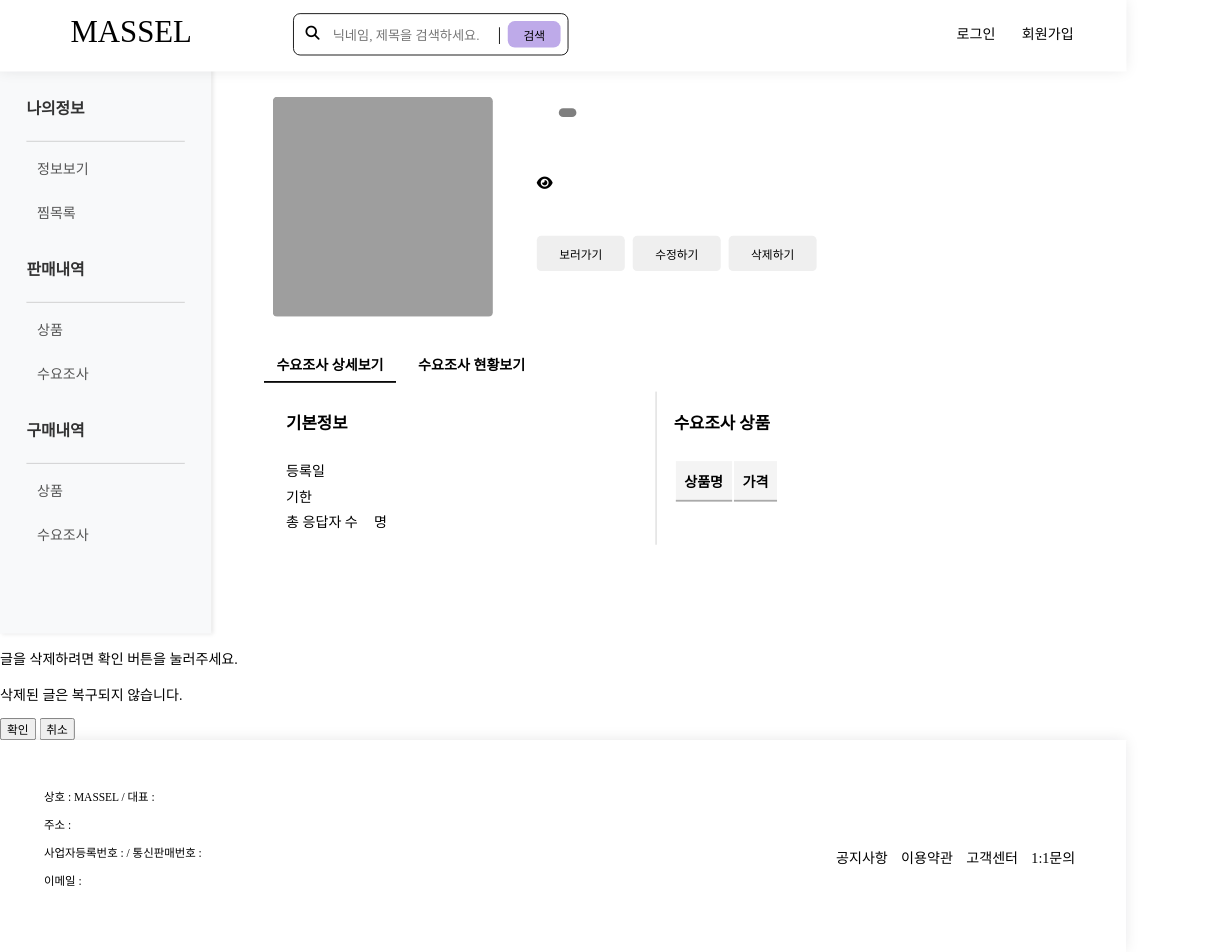
Repository: mmyyt/MASSEL
Page: http://localhost/MASSEL/WEB-INF/views/demandsurvey/dsFormDetail.jsp
The author's editor kept a copy of each file at every save. The page is drawn from the files as they stood at one save, then again after the next save.
The browser window is 1280 px wide. The page is 1400 px wide, so the pictures cover 1400 px, including what lies to the right of the window. The pictures show the whole page, at 88% of full size.
Pictures or frames that could not be fetched are drawn as grey boxes. Some web fonts or font styles are not loaded; a fallback is used. Some web libraries are served in a nearby version. The page is served by Tomcat 9. Nobody is signed in. Other server files are loaded and not shown. The template is opened directly, without the code that normally fills it, so the values that code supplies are empty.

Above is the page before, as saved 2024-11-20 12:22:01.

### MASSEL/src/main/webapp/WEB-INF/views/demandsurvey/dsFormDetail.jsp
<%@ page language="java" contentType="text/html; charset=UTF-8"
    pageEncoding="UTF-8"%>
<%@ taglib uri="http://java.sun.com/jsp/jstl/core" prefix="c"%>
<%@ taglib uri="http://java.sun.com/jsp/jstl/functions" prefix="fn"%>
<!DOCTYPE html>
<html>
<head>
<meta charset="UTF-8">
<title>Insert title here</title>
<link rel="stylesheet" type="text/css" href="/resources/css/dsFormDetail.css">
<script src="https://kit.fontawesome.com/4facc1d037.js" crossorigin="anonymous"></script>
<script src="https://code.jquery.com/jquery-3.6.0.min.js"></script>
</head>
<body>

<jsp:include page="../layout/header.jsp"></jsp:include>

<div class="wrapper">


    <div class="sideBar">
        <div class="sideBarContent">
            <div class="myInfo">
                <div class="myInfoTop">
                    <p class="myInfoText">나의정보</p>
                </div>
                <ul>
                    <li><a href="/member/info">정보보기</a></li>
                    <li><a href="/salePath/favoriteList">찜목록</a></li>
                </ul>
            </div>

            <div class="seller">
                <div class="sellerTop">
                    <p class="sellerText">판매내역</p>
                </div>
                <ul>
                    <li><a href="/member/sellerForm">상품</a></li>
                    <li><a href="/member/sellerDemandForm">수요조사</a></li>
                </ul>
            </div>

            <div class="buyer">
                <div class="buyerTop">
                    <p class="buyerText">구매내역</p>
                </div>
                <ul>
                    <li><a href="/member/userSaleForm">상품</a></li>
                    <li><a href="/member/userDemandForm">수요조사</a></li>
                </ul>
            </div>
        </div>
    </div><!--sidebar끝  -->


    <div class="content">
        <div class="centerBox">


            	<div class="topBox"> <!-- 썸네일, 제목, 기간, 현재상태, 수정/삭제/보러가기 버튼   -->

            		<div class="thumbnail"> <!--썸네일  -->
            			<img alt="사진없음" class="dsimg"
			src="/upload/demandSurveyImg/${fn: replace(data.dsivo.saveDir, '\\','/')}/${data.dsivo.uuid }_${data.dsivo.fileName}">
            		</div>  <!--썸네일  -->

            		<div class="rightDiv"> <!-- 제목, 기간, 상태, 버튼 -->

            			<div class="state">
            				<div class="statusDiv">
								<c:choose>
									<c:when test="${data.dsvo.status == 'before' }">
										시작전
									</c:when>
									<c:when test="${data.dsvo.status == 'ongoing' }">
										진행중
									</c:when>
									<c:when test="${data.dsvo.status == 'ended' }">
										종료됨
									</c:when>
								</c:choose>
            				</div>
            			</div>
            			<div class="title">${data.dsvo.dtitle }</div>
            			<div class="date">${data.dsvo.fullDate }</div>

            			<div class="count">
            				<div class="viewCount">
            				<i class="fa-solid fa-eye"></i>
            					${data.dsvo.dviewCount}
            				</div>
            			</div>

            			<div class="btnWrapper">
            				<a href="/demandSurvey/detail?dno=${data.dsvo.dno}"><button>보러가기</button></a>
            				<a href="/demandSurvey/edit?dno=${data.dsvo.dno }"><button>수정하기</button></a>
            				<button onclick="openDeleteModal()">삭제하기</button>
            			</div>

            		</div>  <!-- rightDiv -->


            	</div> <!--topbox  -->


            	<div class="bottomBox">  <!-- bottomBox -->

            		<div class="bottomBoxContent">

            			<div class="contentBtn">
            				<button class="detailBtn underline">수요조사 상세보기</button>
							<button class="participantBtn">수요조사 현황보기</button>
						</div>

            			<div class="detailDiv"> <!-- 상세정보  -->

            				<div class="detailContent">

            					<div class="detailContentArea">
            						<div> <!-- 기본정보영역 -->
		            				<div class="titleText">기본정보</div>

            						<ul class="info-list">
            							<li>등록일</li>
            							<li>${data.dsvo.dregDate }</li>
            						</ul>
            						<ul class="info-list">
            							<li>기한</li>
            							<li>${data.dsvo.fullDate }</li>
            						</ul>
            						<ul class="info-list">
            							<li>총 응답자 수</li>
            							<li>${data.participationCount } 명</li>
            						</ul>
            						</div>

            						<div class="saleContentArea"> <!--판매상품영역  -->
            							<div class="titleText">수요조사 상품</div>

            							<table>
            								<thead>
            									<tr>
            										<th>상품명</th>
            										<th>가격</th>

            									</tr>
            								</thead>
            								<tbody>
          										<c:forEach items="${data.dspvo}" var="product">
            										<tr>
            											<td>${product.dpname }</td>
            											<td>${product.dpprice }</td>
            										</tr>
            									</c:forEach>

            								</tbody>

            							</table>

            						</div>
            					</div>

            				</div> <!--detailContent끝  -->

            			</div> <!--상세정보끝  -->

            			<div class="participationForm hidden"> <!--참여정보  -->

            				<div>
            					<c:choose>
            						<c:when test="${empty dsppvo }">
            							참여자가 없습니다.
            						</c:when>
            						<c:otherwise>
            					<table>
            						<thead>
            							<tr>
            								<th>아이디</th>
											<th>닉네임</th>
											<th>참여날짜</th>
											<th>상품/수량</th>
											<th>이메일</th>
            							</tr>
            						</thead>
            						<tbody>
            				<c:set var="currentId" value=""/>
       											 <c:forEach items="${dsppvo}" var="participant">

           											 <c:if test="${currentId != participant.id}">
                										<tr>
                    										<td>${participant.id}</td>
                  											<td>${participant.nickname }</td>
                 									   		<td>${participant.participationDate}</td>
                    										<td>
                        										<c:forEach items="${dsppvo}" var="p">
                            										<c:if test="${p.id == participant.id}">
                                										${p.dpname} / ${p.count} 개 <br/>
                            										</c:if>
                        										</c:forEach>
                    										</td>
                    										<td>${participant.email }</td>

                    									<tr>
                							<c:set var="currentId" value="${participant.id}"/>
            										</c:if>
       											</c:forEach>
            						</tbody>
            					</table>
            					</c:otherwise>
            				</c:choose>
            				</div>

            			</div> <!--참여 정보 끝  -->



            		</div>  <!--bottomBoxContent  -->

            	</div>  <!--bottomBox  -->



        </div>  <!-- contentBox  -->
    </div>  <!-- content -->


</div><!--wrapper끝  -->


<div class="deleteModal-overlay" id="deleteModal">
    <div class="deleteModal">

        <div class="deleteModal-body">
            <p>글을 삭제하려면 확인 버튼을 눌러주세요.</p>
            <p>삭제된 글은 복구되지 않습니다.</p>
        </div>
        <div class="deleteModal-footer">
            <a href="/demandSurvey/delete?dno=${data.dsvo.dno }"><button class="deleteModal-btn deleteModal-confirm-btn" id="confirmDelete">확인</button></a>
            <button class="deleteModal-btn deleteModal-cancel-btn" id="cancelDelete" onclick="closeDeleteModal()">취소</button>
        </div>
    </div>
</div>

<jsp:include page="../layout/footer.jsp"></jsp:include>
<script type="text/javascript" src="/resources/js/dsFormDetail.js"></script>

</body>
</html>

### MASSEL/src/main/webapp/WEB-INF/views/layout/header.jsp
<%@ page language="java" contentType="text/html; charset=UTF-8"
    pageEncoding="UTF-8"%>
<%@ taglib uri="http://java.sun.com/jsp/jstl/core" prefix="c"%>
<%@ taglib uri="http://java.sun.com/jsp/jstl/functions" prefix="fn"%>
<!DOCTYPE html>
<html>
<head>
<meta charset="UTF-8">
<title>Insert title here</title>
<script src="https://code.jquery.com/jquery-3.6.0.min.js"></script>
 <script src="https://cdnjs.cloudflare.com/ajax/libs/sockjs-client/1.4.0/sockjs.min.js"></script>
 <script src="https://cdnjs.cloudflare.com/ajax/libs/stomp.js/2.3.3/stomp.min.js"></script>
<script src="https://kit.fontawesome.com/4facc1d037.js" crossorigin="anonymous"></script>
</head>
<link rel="stylesheet" type="text/css" href="/resources/css/layout.css">

<body>

<nav class="navBar">

	<div class="navWrapper">

		<div class="logo">
			<a href="/">MASSEL</a>
		</div>


		<div class="searchDiv">
			<div class="search">

					<i class="fas fa-regular fa-magnifying-glass"></i>
					<form action="/salePath/search" method="get">
						<input type="text" class="searchInput" placeholder="닉네임, 제목을 검색하세요."
						name = keyword>
						<button type="submit" class="header-searchBtn" onclick="searchReturn(event)">검색</button>
					</form>
			</div>
		</div>


		<c:choose>
			<c:when test="${ses.uvo.id eq null}">
				<div class="nauth-user">
					<a href="/member/login"><button>로그인</button></a>
					<a href="/member/signUp"><button>회원가입</button></a>
				</div>
			</c:when>
			<c:otherwise>

				<div class="yauth-user">

					<div class="header-userInfo">
						<div class="header-userImg" onclick="toggleMenu()">
							<c:choose>
								<c:when test="${not empty ses.uivo }">
									<img alt="없음" class="userProfileImg"
									src="/upload/userImg/${fn: replace(ses.uivo.saveDir, '\\','/')}/${ses.uivo.uuid }_${ses.uivo.fileName}">
								</c:when>
								<c:otherwise>
									<img class="userProfileImg" src="/resources/img/defaultUserImg.png" alt="">
								</c:otherwise>
							</c:choose>

						</div>
						<div class="header-userNickname" onclick="toggleMenu()">
							${ses.uvo.nickname }
						</div>
						<div class="dropdown-menu">
							<div>
								<div class="dropdown-info">나의 정보</div>
								<a href="/member/info">
									<span><i class="fas fa-light fa-user"></i></span>
									정보보기
								</a>
								<a href="/salePath/favoriteList">
									<span><i class="fa-regular fa-face-grin-hearts"></i></span>
									찜목록
								</a>
							</div>
							<hr>
							<div>
								<div class="dropdown-sale">판매 보기</div>
								<a href="/member/sellerForm">
									<span><i class="fa-solid fa-shop"></i></span>
									상품 판매
								</a>
								<a href="/member/sellerDemandForm">
									<span><i class="fas fa-regular fa-clipboard-list"></i></span>
									수요조사 진행
								</a>
							</div>
							<hr>
							<div>
								<div class="dropdown-buy">구매 보기</div>
								<a href="/member/userSaleForm">
									<span><i class="fas fa-regular fa-basket-shopping"></i></span>
									상품 구매
								</a>
								<a href="/member/userDemandForm">
									<span><i class="fa-regular fa-pen-to-square"></i></span>
									수요조사 참여
								</a>
							</div>
							<hr>
								<a href="/member/logout">
									<span><i class="fas fa-regular fa-arrow-right-from-bracket"></i></span>
									로그아웃
								</a>

    					</div>
					</div>

						<div class="user-icon">
							<div class="bellDiv"><i class="fa-regular fa-bell" id="bell"></i></div>
							<div class="chatDiv" onclick="chatPopUp()">
								<i class="fa-regular fa-comments" id="chat"></i>
								<span class="chat-dot" id="chat-dot"></span>
							</div>
						</div>



					<div class="header-registerBtn">
						<div><button onclick="toggleMenu2()">등록하기</button></div>
						<div class="register-dropdown">
							<div>
								<div>
									<a href="/salePath/saleRegister">상품 판매 등록</a>
								</div>
								<div>
									<a href="/demandSurvey/register">수요조사 등록</a>
								</div>
							</div>

						</div>
					</div>


					<c:if test="${ses.uvo.role eq 'admin' }">
					<div class="header-adminBtn">
						<div><button onclick="toggleMenu3()">관리자메뉴</button></div>
						<div class="admin-dropdown">
							<div>
								<div>
									<a href="/member/defaultRegister">파일등록</a>
								</div>
							</div>
						</div>

					</div>
					</c:if>


				</div>

			</c:otherwise>

		</c:choose>


	</div>



</nav>


<script type="text/javascript" src="/resources/js/header.js"></script>
<script type="text/javascript">
	let sessionId = "${ses.uvo.id}";

    function toggleMenu() {
        const menu = document.querySelector('.dropdown-menu');
        menu.style.display = menu.style.display === 'block' ? 'none' : 'block';
    }

    function toggleMenu2() {
        const menu2 = document.querySelector('.register-dropdown');
        menu2.style.display = menu2.style.display === 'block' ? 'none' : 'block';
    }

    function toggleMenu3() {
        const menu3 = document.querySelector('.admin-dropdown');
        menu3.style.display = menu3.style.display === 'block' ? 'none' : 'block';
    }
</script>
</body>
</html>

### MASSEL/src/main/webapp/WEB-INF/views/layout/footer.jsp
<%@ page language="java" contentType="text/html; charset=UTF-8"
    pageEncoding="UTF-8"%>
<%@ taglib uri="http://java.sun.com/jsp/jstl/core" prefix="c"%>
<!DOCTYPE html>
<html>
<head>
<meta charset="UTF-8">
<title>Insert title here</title>
<link rel="stylesheet" type="text/css" href="<c:url value='/resources/css/layout.css'/>">
</head>
<body>

<div class="footer">

		<div class="footerContentCover">
			<div class="footerContentDIv">
				<div class="footerContent">
				 	<p>상호 : MASSEL / 대표 : </p>
					<p>주소 : </p>
					<p>사업자등록번호 :  / 통신판매번호 : <p>
					<p>이메일 :  </p>
				</div>
			</div>
			<div class="footerLogoDiv">
				<div class="footerLogoDivContent">

				</div>
			</div>

			<div class="footerSideDiv">
				<div class="footerSideDivContent">
					<div><a href="/">공지사항</a></div>
					<div><a href="/">이용약관</a></div>
					<div><a href="/">고객센터</a></div>
					<div><a href="/">1:1문의</a></div>
				</div>
			</div>

		</div>

</div>
</body>
</html>

### MASSEL/src/main/webapp/resources/css/dsFormDetail.css
@charset "UTF-8";

body, html {
    margin: 0;
    padding: 0;
    height: 100%;
    font-family: Arial, sans-serif;
}

li{
	list-style: none;
}

.wrapper {
    display: flex;
    min-height: 100vh;
}

.sideBar {
    width: 200px;
    background-color: #f8f9fa;
    padding: 20px;
    box-shadow: 2px 0 5px rgba(0, 0, 0, 0.1);
    position: fixed;
    left: 0;
    top: 0;
    bottom: 0;
    overflow-y: auto;
    padding-top: 80px;
    font-family: Arial, sans-serif;
}


.sideBarContent {
    padding: 10px;
}


.sideBarContent > div {
    margin-bottom: 30px;
}


.myInfoTop, .sellerTop, .buyerTop {
    font-size: 18px;
    font-weight: bold;
    color: #333;
    border-bottom: 1px solid #ccc;
    padding-bottom: 8px;
    margin-bottom: 10px;
}


.sideBarContent ul {
    list-style-type: none;
    padding: 0;
    margin: 0;
}

.sideBarContent ul li {
    margin: 10px 0;
}


.sideBarContent ul li a {
    color: #555;
    text-decoration: none;
    font-size: 16px;
    display: block;
    padding: 8px 12px;
    border-radius: 6px;
    transition: background-color 0.3s, color 0.3s;
}

.sideBarContent ul li a:hover {
    background-color: #beaae9;

    color: white;
    font-weight: bold;
}


.sideBarContent ul li a.active {
    background-color: #0056b3;
    color: white;
    font-weight: bold;
}

.content {

    width: 100%;
    flex: 1;
    margin-left: 220px;
    padding: 20px;
    display: flex;
    justify-content: center;
    align-items: flex-start;
    min-height: 600px;
    position: relative;
    margin-top: 80px;

}

.centerBox {
    width: 900px;
    background-color: white;
}

/*썸네일*/
.thumbnail img{
	width: 250px;
	height: 250px;
	object-fit: cover;
	border-radius: 5px;
}

.topBox{
	margin-top: 10px;
	margin-left: 10px;
	display: flex;
}

/*제목,기간,상태,버튼*/
.rightDiv{
	margin-left: 50px;
}

.state{
	width: 70px;
	height: 60px;
	border-radius: 5px;
	align-items: center;
	justify-content: center;
	display: flex;
	margin: 0 auto 0 0;
}
.statusDiv{
   background-color: rgba(0, 0, 0, 0.5);
    color: white;
    padding: 5px 10px;
    border-radius: 5px;
    font-weight: bold;
    text-align: center;
    margin-bottom: 25px;
    cursor: default;

}

.title{
	font-size: 20px;
	margin-top: 10px;
	font-weight: bold;
}

.date{
	margin-top: 10px;
	font-size: 14px;
}

.count{
	display: flex;
	margin-top: 30px;
}


.viewCount{
	cursor: default;
}

.btnWrapper{
	margin-top: 30px;
}


.btnWrapper button{
	width: 100px;
	height: 40px;
	margin-right: 5px;
	border:  none;
	margin-top: 20px;
	border-radius: 5px;
	cursor : pointer;
	transition: background-color 0.3s ease, color 0.3s ease;
}

.btnWrapper button:hover{
	background-color: #beaae9;
	color: white;
}

/*bottomBox*/

.bottomBox{
	margin-top: 30px;
}

.contentBtn button{
	width: 150px;
	height: 40px;
	border: none;
	cursor: pointer;
	background: none;
	margin-right: 7px;
	font-size: 16px;
	font-weight: bold;
}

.detailDiv{
	margin-top: 10px;
	margin-left: 15px;
}

.detailContent{
	width: 870px;
	margin-top: 10px;
}

.detailContentArea{
	display: flex;
	padding-bottom: 10px;
}
.detailContentArea > div {
    flex: 1;
    padding: 10px;
}
.detailContentArea > div:first-child {
    border-right: 1px solid #ccc;
}
.titleText{
	font-size: 19px;
	font-weight: bold;
	margin-top: 10px;
	margin-bottom: 30px;
}

.info-list {
     display: flex;
	 padding: 0;
     margin: 0;
}

.info-list li{
	margin-bottom: 5px;
}

.info-list li:first-child {
    width: 100px;
    text-align: left;
}

.info-list li:nth-child(2) {
    flex: 1;
    text-align: left;
}

.saleContentArea{
	margin-left: 10px;
	margin-bottom: 10px;
}

/*참여자정보*/
.participationForm{
	margin-top: 30px;
	margin-left: 15px;

}

.participationContent{
	width: 870px;
	margin-top: 10px;
}
}

table {
    width: 100%;
    border-collapse: collapse;
    margin-top: 10px;
}

th, td {
    padding: 10px;
    text-align: left;
    border-bottom: 1px solid #ddd;
}

th {
    background-color: #f4f4f4;
    font-weight: bold;
    border-bottom: 2px solid #aaa;
}

tbody tr:hover {
    background-color: #f9f9f9;
}

.hidden{
	display: none;
}

.underline {
        border-bottom: 2px solid black !important;
        font-weight: bold;

  display: inline-block;
}

.btn{
	border: none;
	height: 40px;
	cursor: pointer;
	border-radius: 5px;
}

/*모달창*/
.modal-overlay {
	position: fixed;
	z-index: 1;
	padding-top: 100px;
	left: 0;
	top: 0;
	width: 100%;
	height: 100%;
	overflow: auto;
	background-color: rgba(0, 0, 0, 0.4);
	display: none;
}

.modalBody {
	width: 1300px;
	height: 450px;
	padding: 30px 30px;
	margin: 0 auto;
	border: 1px solid #777;
	background-color : white;
	padding: 0;
	box-sizing: border-box;
	border-radius: 8px;

}

.modalTitle{
	width : 1280px;
	display: flex;
	height: 39px;
	border-radius: 5px;
	position: fixed;
    padding: 10px;
    border-bottom: 1px solid #ddd;
}

.modalText{
	font-size: 17px;
	margin-top: 10px;
	margin-left: 15px;

}

.closeBtn{
	cursor: pointer;
	margin-left: 1150px;
	margin-top: 10px;
	font-size: 17px;
}

.modalContent{
	margin-top: 70px;
}

/*모달창 상세*/

.infoTop{
	display: flex;
}

.info-table {
    width: 100%;
    border: 1px solid #ccc;
    border-radius: 10px;
    overflow: hidden;
    background-color: #f9f9f9;
}

.info-table table {
    width: 100%;
    border-collapse: collapse;
}

.info-table td {
    padding: 10px;
    border: 1px solid #e5e5e5;
    background-color: #f9f9f9;
    vertical-align: top;
    text-align: left;
}

.info-table tr td:first-child {
    background-color: #f3f3f3;
    font-weight: bold;
}

.info-table tr:nth-child(even) td {
    background-color: #ffffff;
}

.ft{
	background-color: #ccc;
}

Loaded but not shown: MASSEL/src/main/webapp/resources/js/header.js (141 lines, source omitted); MASSEL/src/main/webapp/resources/js/dsFormDetail.js (38 lines, source omitted); MASSEL/src/main/webapp/resources/css/layout.css (505 lines, source omitted)

After the next save:
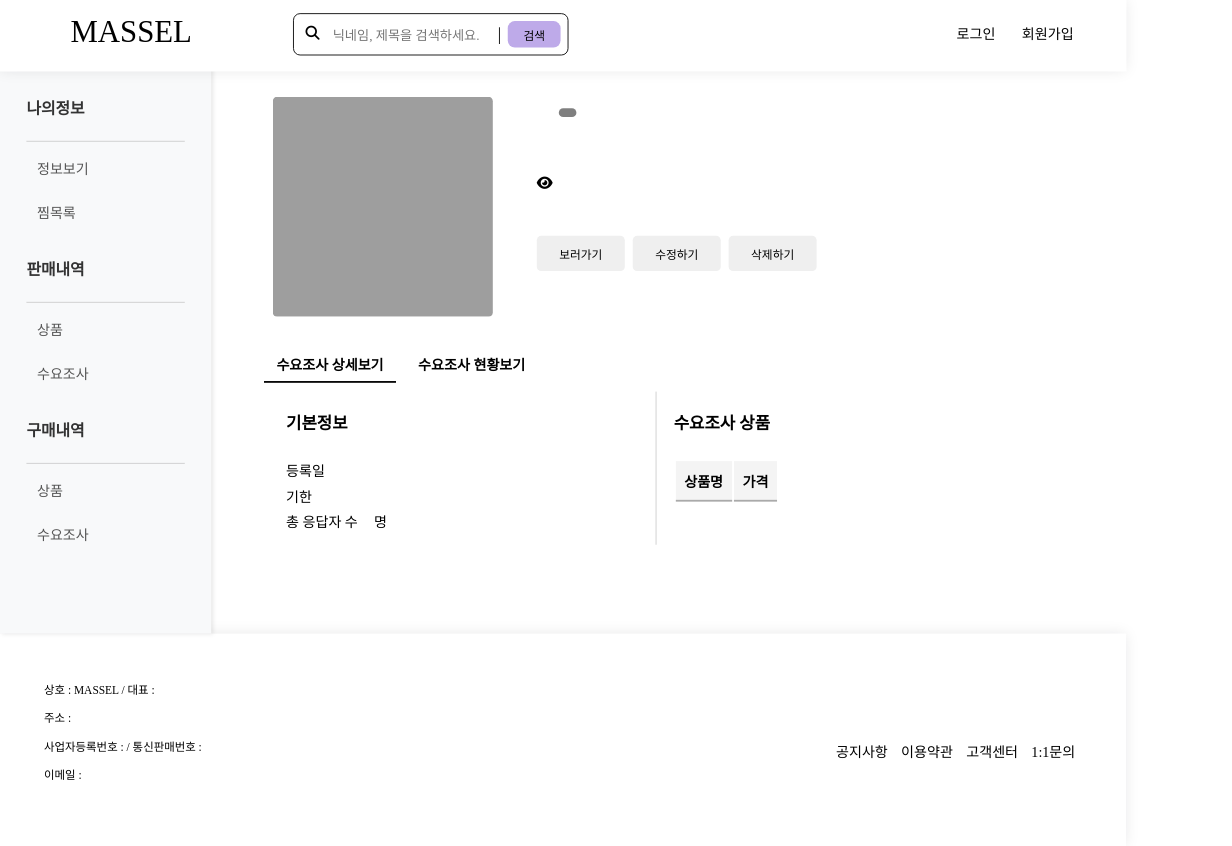
Saved 17 s later.
--- a/MASSEL/src/main/webapp/resources/css/dsFormDetail.css
+++ b/MASSEL/src/main/webapp/resources/css/dsFormDetail.css
@@ -405,3 +405,80 @@ tbody tr:hover {
 .ft{
 	background-color: #ccc;
 }
+
+.deleteModal-overlay {
+    position: fixed;
+    top: 0;
+    left: 0;
+    width: 100%;
+    height: 100%;
+    background: rgba(0, 0, 0, 0.5);
+    display: none;
+    justify-content: center;
+    align-items: center;
+    z-index: 1000;
+}
+
+.deleteModal {
+    background: white;
+    width: 400px;
+    border-radius: 10px;
+    box-shadow: 0 4px 10px rgba(0, 0, 0, 0.2);
+    overflow: hidden;
+    animation: fadeIn 0.3s ease-out;
+}
+
+
+.deleteModal-body {
+    padding: 20px;
+    text-align: center;
+    font-size: 16px;
+    color: #333;
+}
+
+.deleteModal-footer {
+    display: flex;
+    justify-content: space-around;
+    padding: 15px;
+    background: #f9f9f9;
+}
+
+.deleteModal-btn {
+    padding: 10px 20px;
+    border: none;
+    border-radius: 5px;
+    font-size: 14px;
+    cursor: pointer;
+    transition: background-color 0.3s ease;
+	width: 150px;
+	height: 40px;
+}
+
+.deleteModal-confirm-btn {
+    background: #ff4d4d;
+    color: white;
+}
+
+.deleteModal-confirm-btn:hover {
+    background: #e60000;
+}
+
+.deleteModal-cancel-btn {
+    background: #ddd;
+    color: #333;
+}
+
+.deleteModal-cancel-btn:hover {
+    background: #bbb;
+}
+
+@keyframes fadeIn {
+    from {
+        opacity: 0;
+        transform: scale(0.9);
+    }
+    to {
+        opacity: 1;
+        transform: scale(1);
+    }
+}
